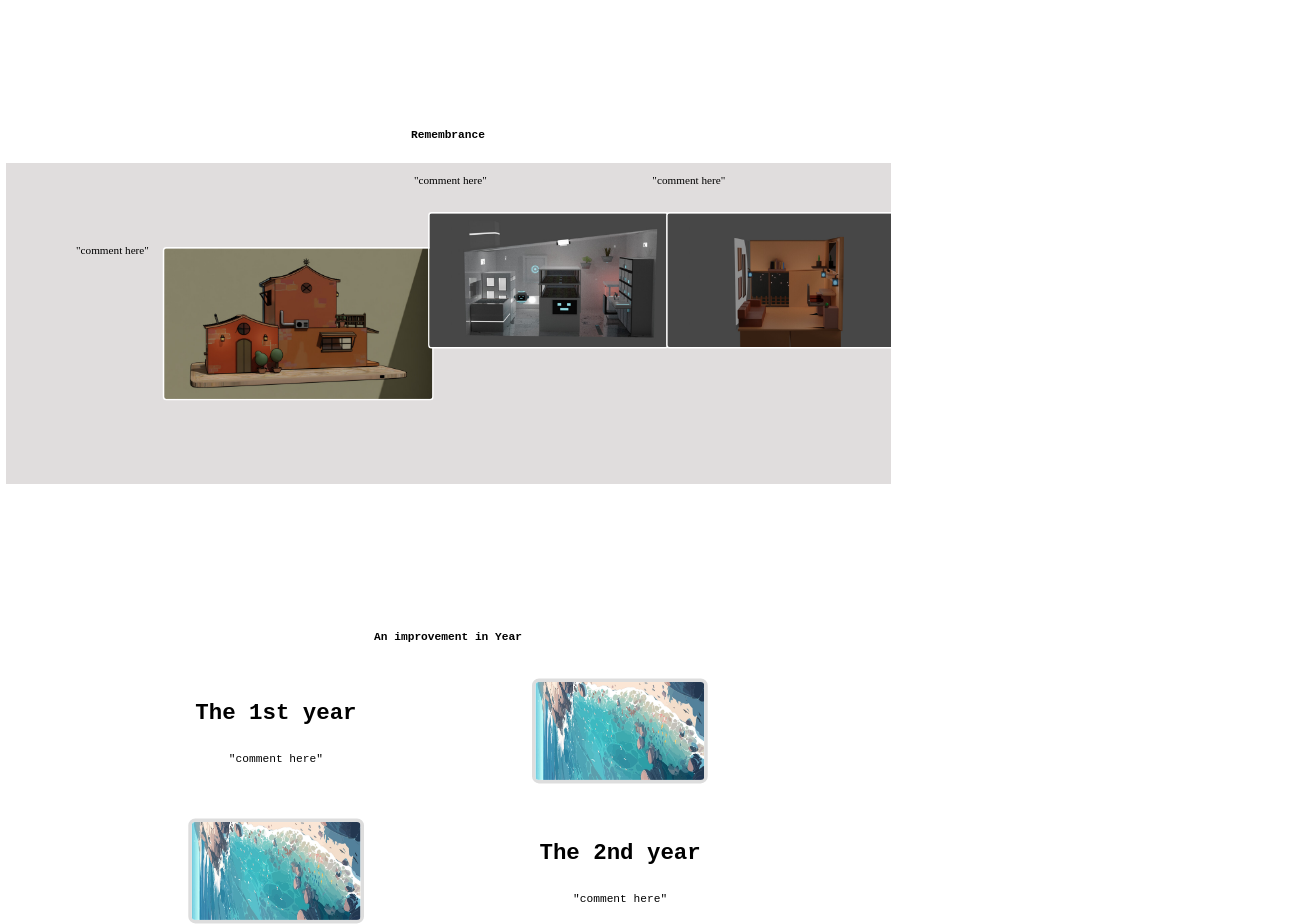
Repository: kittipichcha/Port1
Page: page2.html
An editor plug-in stored every save of this project. The page is shown before and after the next save, followed by the edit.
The browser window is 1280 px wide. The page is 1862 px wide, so the pictures cover 1862 px, including what lies to the right of the window. The pictures show the part of the page from y = 1593 to 2913 px (the page is 4794 px tall before and 4678 px after), at 70% of full size.

Above is the page before, as saved 2024-10-16 21:15:16.

After the next save:
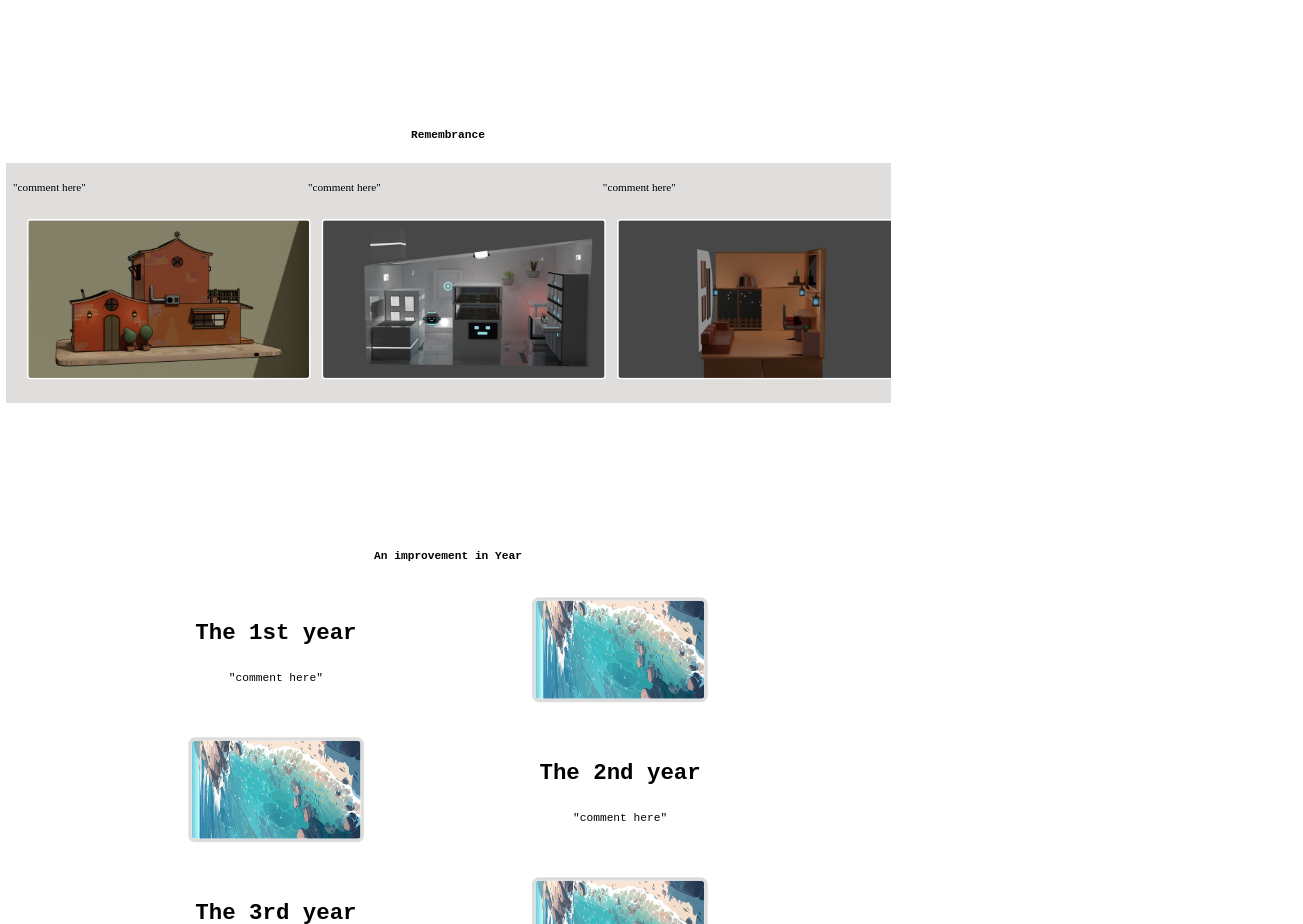
Saved 33 s later.
--- a/page2.html
+++ b/page2.html
@@ -33,15 +33,15 @@
     <div class = "galleryContainer">
         <h1 class = "textGeneral" style = "justify-content: center;"> Remembrance </h1>
         <div class = "scrollImage">
-            <div class = "space">
+            <div style = "margin: 10px">
                 <p> "comment here" </p>
                 <img style = "width:100%" src = "image/house2.jpg">
             </div>
-            <div>
+            <div style = "margin: 10px">
                 <p> "comment here" </p>
                 <img style = "width:100%" src = "image/lab.jpg">
             </div>
-            <div>
+            <div style = "margin: 10px">
                 <p> "comment here" </p>
                 <img style = "width:100%" src = "image/room.jpg">
             </div>
